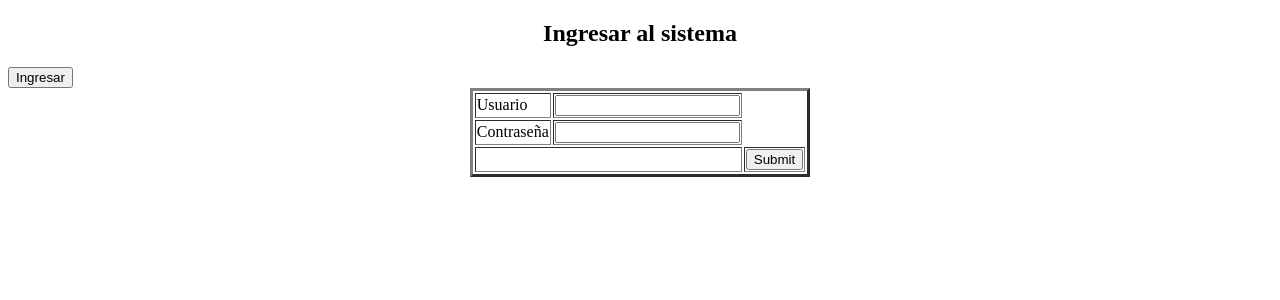
Repository: NayshaOCruz98/CL2ORTIZ
Page: http://localhost/LPII_CL2_ORTIZCRUZNAYSHA/
These files come from the project's save history. The page is drawn as it stood at one moment and after the next save; the edit follows.
The browser window is 1280 px wide. The pictures show the whole page.
The page is served by Tomcat 9. Other server files are loaded and not shown.

Above is the page before, as saved 2023-10-24 19:33:39.

### LPII_CL2_ORTIZCRUZNAYSHA/src/main/webapp/index.jsp
<%@ page language="java" contentType="text/html; charset=ISO-8859-1"
    pageEncoding="ISO-8859-1"%>

<!DOCTYPE html>
<html>
<head>
<meta http-equiv="Content-Type" content="text/html; charset=ISO-8859-1">
<title>Ventana Usuario</title>
</head>
<body>
<h2 align="center">Ingresar al sistema</h2>

<form action="ControladorServlet" method="post">

<table align="center" border="3">
<tr>
<td>Usuario</td>
<td><input type="text" name="usuario"></td>
</tr>
<tr>
<td>Contraseña</td>
<td><input type="text" name="usuario"></td>
</tr>
<tr>
<td colspan="2">
<td><input type="submit" name="Registra usuario"></td>
</td>
</tr>
<a href="ControladorServletprod"> <button>Ingresar</button></a></td>


</table>
</form>



</form>
</body>
</html>

After the next save:
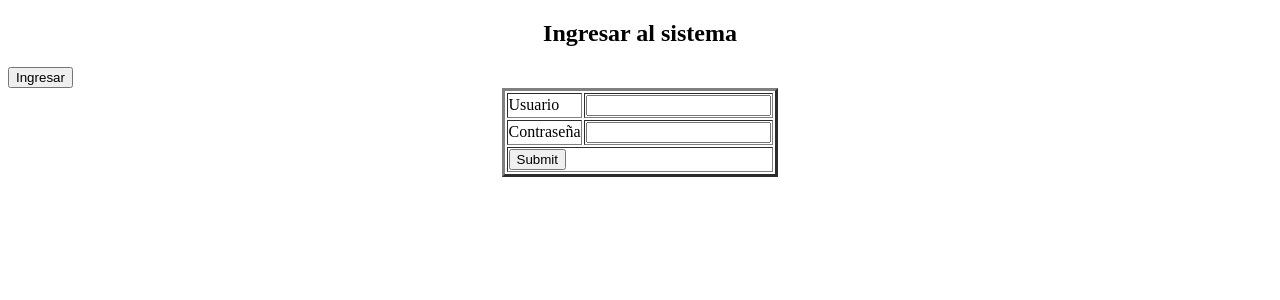
Saved 20 s later.
--- a/LPII_CL2_ORTIZCRUZNAYSHA/src/main/webapp/index.jsp
+++ b/LPII_CL2_ORTIZCRUZNAYSHA/src/main/webapp/index.jsp
@@ -23,7 +23,7 @@
 </tr>
 <tr>
 <td colspan="2">
-<td><input type="submit" name="Registra usuario"></td>
+<input type="submit" name="Registra usuario">
 </td>
 </tr>
 <a href="ControladorServletprod"> <button>Ingresar</button></a></td>
